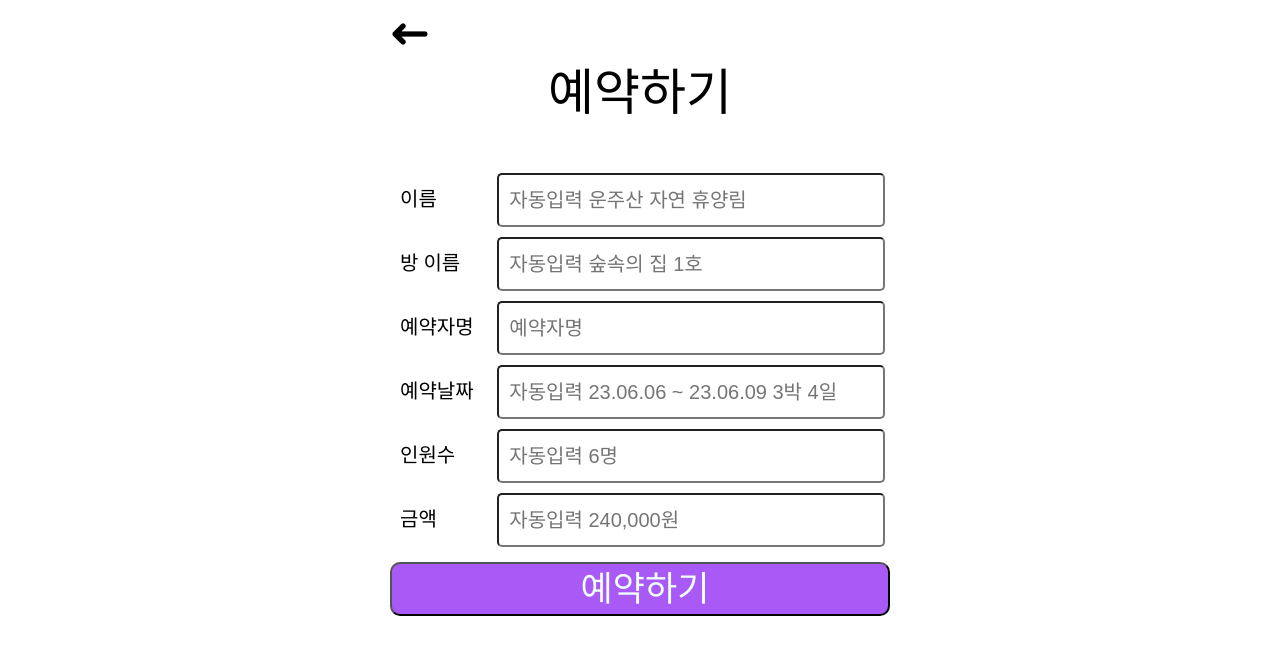
Repository: jaehunjeong4103/WebProject
Page: http://localhost/Web/view/reservation/reservation
The author's editor kept a copy of each file at every save. The page is drawn from the files as they stood at one save, then again after the next save.
The browser window is 1280 px wide. The pictures show the whole page.
Some web fonts or font styles are not loaded; a fallback is used. The page is served by Tomcat 9. Other server files are loaded and not shown.

Above is the page before, as saved 2023-06-06 03:01:42.

### Web/src/main/webapp/WEB-INF/view/reservation/reservation.jsp
<%@ page language="java" contentType="text/html; charset=EUC-KR"
    pageEncoding="EUC-KR"%>
<!DOCTYPE html>
<html>
<head>
	<link rel="preconnect" href="https://fonts.googleapis.com">
	<link rel="preconnect" href="https://fonts.gstatic.com" crossorigin="crossorigin">
	<link href="https://fonts.googleapis.com/css2?family=Gowun+Dodum&family=Song+Myung&display=swap" rel="stylesheet">
	<link href="../../css/register.css?after" type="text/css" rel="stylesheet" />
	<link href="../../css/reservation.css?after" type="text/css" rel="stylesheet" />
	<meta charset="UTF-8">
<title>Insert title here</title>
</head>
<body>
	<header>
		<div id="arrow_body">
			<button onclick="history.back()"><image src="../../images/direction-arrow.png" alt="화살표" id="arrow"/></button>
		<div id="title">예약하기</div>
	</header>
	<div id="reservation_body">
		<form action="reservation" method="post">
			<section>
				<div class="input">
					<span>이름</span>
					<input type="text" placeholder="자동입력 운주산 자연 휴양림" class="input_text id" name="ID" value="${chkId}" readonly>
				</div>
				<div class="input">
					<span>방 이름</span>
					<input type="text" placeholder="자동입력 숲속의 집 1호" class="input_text id" name="ID" value="${chkId}" readonly>
				</div>
				<div class="input">
					<span>예약자명</span>
					<input type="text" placeholder="예약자명" class="input_text id" name="ID" value="${chkId}" readonly>
				</div>
				<div class="input">
					<span>예약날짜</span>
					<input type="text" placeholder="자동입력 23.06.06 ~ 23.06.09 3박 4일" class="input_text id" name="ID" value="${chkId}" readonly>
				</div>
				<div class="input">
					<span>인원수</span>
					<input type="text" placeholder="자동입력 6명" class="input_text id" name="ID" value="${chkId}" readonly>
				</div>
				<div class="input">
					<span>금액</span>
					<input type="text" placeholder="자동입력 240,000원" class="input_text id" name="ID" value="${chkId}" readonly>
				</div>
		    <input type="submit" value="예약하기" class="button">
			</section>
		</form>
	</div>
</body>
</html>

### Web/src/main/java/controller/reservation/Reservation_controller.java
package controller.reservation;

import java.io.IOException;

import javax.servlet.ServletException;
import javax.servlet.annotation.WebServlet;
import javax.servlet.http.HttpServlet;
import javax.servlet.http.HttpServletRequest;
import javax.servlet.http.HttpServletResponse;

@WebServlet("/view/reservation/reservation")
public class Reservation_controller extends HttpServlet{
	@Override
	protected void doGet(HttpServletRequest request, HttpServletResponse response) throws ServletException, IOException {
		request.getRequestDispatcher("/WEB-INF/view/reservation/reservation.jsp").forward(request, response);
	}

	@Override
	protected void doPost(HttpServletRequest request, HttpServletResponse response) throws ServletException, IOException {
		request.getRequestDispatcher("/WEB-INF/view/reservation/reservation.jsp").forward(request, response);
	}
}

### Web/src/main/webapp/css/register.css
@charset "UTF-8";
* {padding: 0; margin: 0;}

button {border-width: 0;}

body {
	width: 500px;
	margin: auto;
	position: relative;
}

a#id_check {
	position: absolute;
	top: 191px;
	right: 10px;
}

img#arrow {
	width: 40px;
	height: 40px;
	position: absolute;
	transform: rotate(180deg);
}

div#title {
	font-size: 50px;
	text-align: center;
	line-height: 150px;
}

#section {
	margin-bottom: 20px;
	display: flex;
	flex-direction: row;
	justify-content: space-between;
}

label {
	width: 50%;
	font-size: 30px;
	line-height: 50px;
	text-align: center;
	color: gray;
	margin-left: 10px;
	margin-right: 20px;
}

input#male{
	margin-left: 20px;
}

input#male, input#female {
	position: relative;
	top: -4.5px;
}

.input_text {
	width: 100%;
	font-size: 20px;
	line-height: 50px;
	border-radius: 5px;
	padding-left: 10px;
	box-sizing: border-box;
	margin: 5px;
}

.button {
	width: 100%;
	margin: auto;
	margin-top: 10px;
	background-color: rgb(169, 89, 245);
	border-radius: 10px;
	text-align: center;
	font-size: 35px;
	color: azure;
	line-height: 50px;
	padding-left: 10px;
	box-sizing: border-box;
}

#register_button:disabled input type:submit{
	background-color: gray;
}

button:hover {cursor: pointer;}

.button:hover {cursor: pointer;}
.button:disabled {background-color: gray; color: white;}

a {
	color: black; text-decoration-line: none;
}

### Web/src/main/webapp/css/reservation.css
@charset "UTF-8";

* {margin: 0; padding: 0;}

div#reservation {
	width: 824px;
  margin: auto;
  border: 1px solid yellow;
  margin-top: 10px;
}

div#date_count {
	width: 784px;
	margin: auto;
	margin-bottom: 5px;
	display: flex;
	flex-direction: row;
	font-size: 20px;
}

#start_day {
	margin-right: 20px;
}

#end_day {
	margin-right: 345px;
}

div#date {
	width: 600px;
}

#room_box {
	width: 784px;
	margin: auto;
	margin-top: 10px;
	margin-bottom: 10px;
	border: 1px solid rgb(128, 0, 255);
	display: flex;
	flex-direction: column;
}

#room_list_head{
	width: 784px;
	height: 40px;
	margin: auto;
	display: flex;
	flex-direction: row;
	flex-wrap: nowrap;
	justify-content: space-between;
}

#room_list{
	width: 784px;
	margin: auto;
	display: flex;
	flex-direction: row;
	flex-wrap: wrap;
	justify-content: space-between;
}

#room_list_head div {
	font-size: 20px;
	text-align: center;
	line-height: 40px;
	border: 1px solid gray;
}

#room_list div {
	padding: 5px;
	font-size: 15px;
	border: 1px solid gray;
}

.room_name {
	width: 120px;
}
.room_max {
	width: 100px;
}
.room_price {
	width: 120px;
}
.room_facilities {
	width: 360px;
}
.room_reservation {
	width: 84px;
}

a.reserbation {
	color: black;
}

#room_list .room_name {
	text-align: center;
}

#room_list .room_max {
	text-align: center;
}

#room_list .room_reservation {
	text-align: center;
}

#reservation_body {
	width: 500px;
	margin: auto;
	position: relative;
}

#reservation_body span {
	width: 120px;
	font-size: 20px;
	padding-left: 10px;
	line-height: 62px;
}

.input {
	display: flex;
	flex-direction: row;
	flex-wrap: nowrap;
	justify-content: space-between;
}

After the next save:
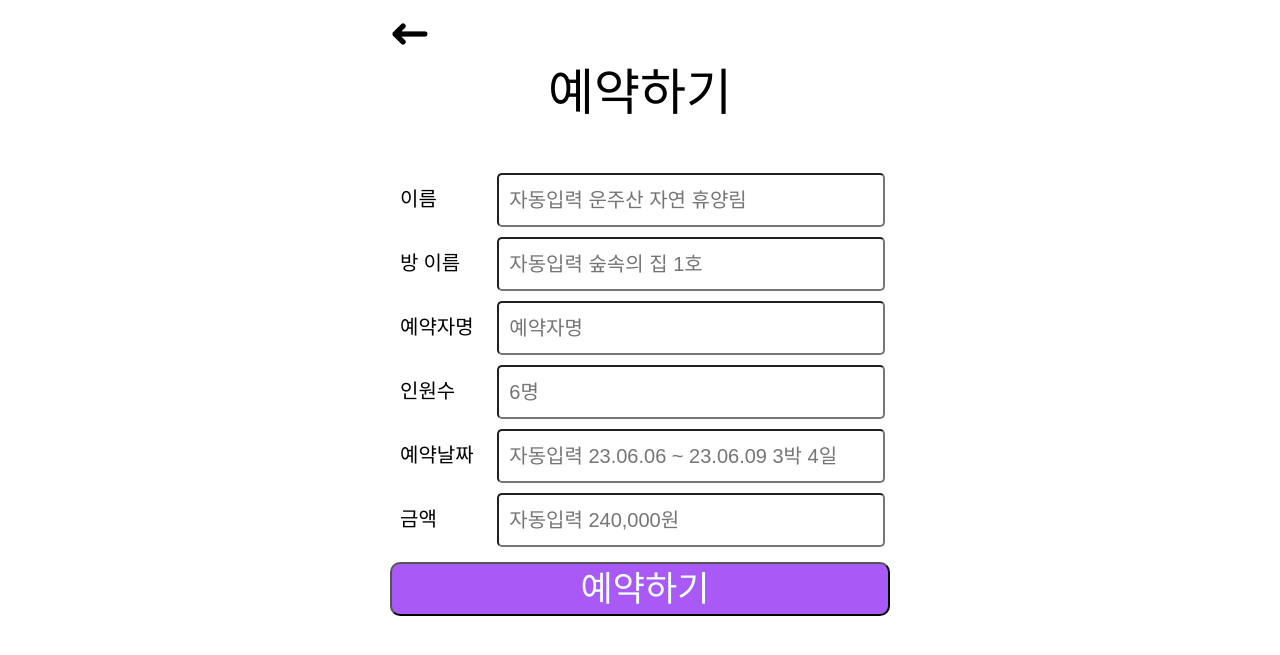
Saved 48 s later.
--- a/Web/src/main/webapp/WEB-INF/view/reservation/reservation.jsp
+++ b/Web/src/main/webapp/WEB-INF/view/reservation/reservation.jsp
@@ -33,12 +33,12 @@
 					<input type="text" placeholder="예약자명" class="input_text id" name="ID" value="${chkId}" readonly>
 				</div>
 				<div class="input">
+					<span>인원수</span>
+					<input type="text" placeholder="6명" class="input_text id" name="ID" value="${chkId}" readonly>
+				</div>
+				<div class="input">
 					<span>예약날짜</span>
 					<input type="text" placeholder="자동입력 23.06.06 ~ 23.06.09 3박 4일" class="input_text id" name="ID" value="${chkId}" readonly>
-				</div>
-				<div class="input">
-					<span>인원수</span>
-					<input type="text" placeholder="자동입력 6명" class="input_text id" name="ID" value="${chkId}" readonly>
 				</div>
 				<div class="input">
 					<span>금액</span>
